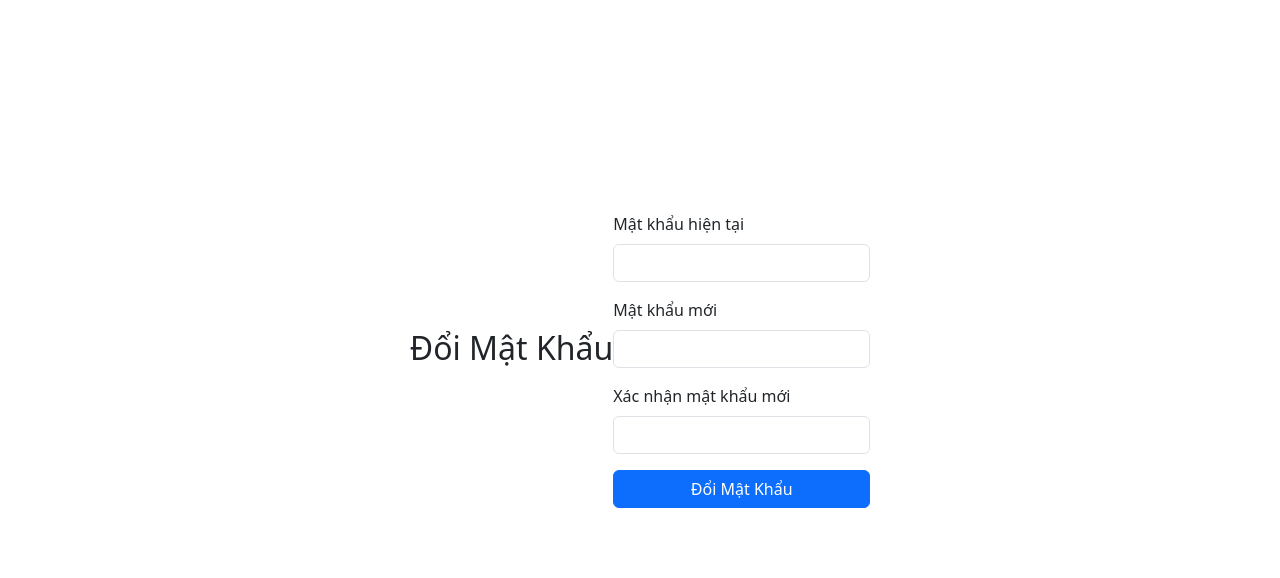
Repository: manhtdxxx/Tour-Booking-Webapp
Page: http://localhost/bookingTour/changepassword.jsp
An editor plug-in stored every save of this project. The page is shown before and after a run of saves, followed by the edit.
The browser window is 1280 px wide. The pictures show the whole page.
The page is served by Tomcat 9. Other server files are loaded and not shown.

Above is the page before, as saved 2024-11-10 16:00:09.

### bookingTour/src/main/webapp/changepassword.jsp
<%@ page language="java" contentType="text/html; charset=UTF-8" pageEncoding="UTF-8"%>
<!DOCTYPE html>
<html>
<head>
<title>Đổi mật khẩu</title>
<meta charset="utf-8">
<meta name="viewport" content="width=device-width, initial-scale=1">
<link href="https://cdn.jsdelivr.net/npm/bootstrap@5.3.3/dist/css/bootstrap.min.css"
	rel="stylesheet">
<script src="https://cdn.jsdelivr.net/npm/bootstrap@5.3.3/dist/js/bootstrap.bundle.min.js"></script>
</head>

<body class="d-flex align-items-center justify-content-center vh-100">

	<h2 class="text-center mb-4">Đổi Mật Khẩu</h2>

	<form action="change-password" method="post">
		<div class="mb-3">
			<label for="currentPassword" class="form-label">Mật khẩu hiện tại</label> <input type="password"
				class="form-control" id="currentPassword" name="currentPassword" required>
		</div>
		<div class="mb-3">
			<label for="newPassword" class="form-label">Mật khẩu mới</label> <input type="password"
				class="form-control" id="newPassword" name="newPassword" required>
		</div>
		<div class="mb-3">
			<label for="confirmPassword" class="form-label">Xác nhận mật khẩu mới</label> <input
				type="password" class="form-control" id="confirmPassword" name="confirmPassword" required>
		</div>
		<button type="submit" class="btn btn-primary w-100">Đổi Mật Khẩu</button>
	</form>
</body>
</html>

After the next 4 saves:
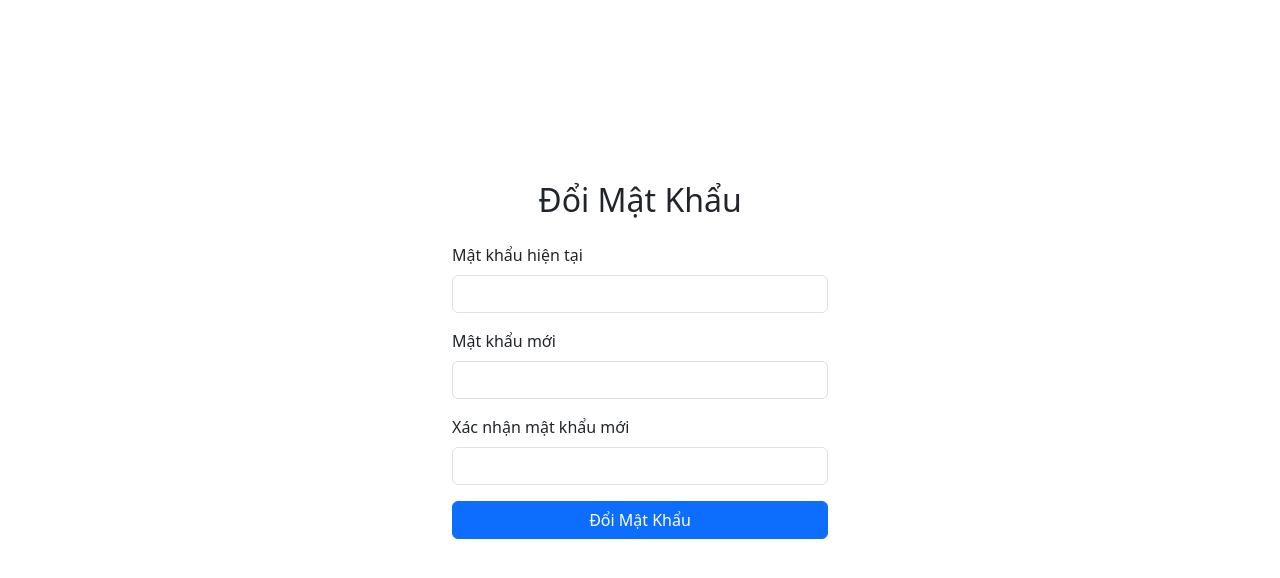
The 4 saves are shown as one change because 1 did not build or start and some came seconds apart.
The last was saved 77 s later.
--- a/bookingTour/src/main/webapp/changepassword.jsp
+++ b/bookingTour/src/main/webapp/changepassword.jsp
@@ -12,22 +12,27 @@
 
 <body class="d-flex align-items-center justify-content-center vh-100">
 
-	<h2 class="text-center mb-4">Đổi Mật Khẩu</h2>
+	<div class="container" style="max-width: 400px;">
+		<h2 class="text-center mb-4">Đổi Mật Khẩu</h2>
 
-	<form action="change-password" method="post">
-		<div class="mb-3">
-			<label for="currentPassword" class="form-label">Mật khẩu hiện tại</label> <input type="password"
-				class="form-control" id="currentPassword" name="currentPassword" required>
-		</div>
-		<div class="mb-3">
-			<label for="newPassword" class="form-label">Mật khẩu mới</label> <input type="password"
-				class="form-control" id="newPassword" name="newPassword" required>
-		</div>
-		<div class="mb-3">
-			<label for="confirmPassword" class="form-label">Xác nhận mật khẩu mới</label> <input
-				type="password" class="form-control" id="confirmPassword" name="confirmPassword" required>
-		</div>
-		<button type="submit" class="btn btn-primary w-100">Đổi Mật Khẩu</button>
-	</form>
+		<form action="change-password" method="post">
+			<div class="mb-3">
+				<label for="currentPassword" class="form-label">Mật khẩu hiện tại</label> <input type="password"
+					class="form-control" id="currentPassword" name="currentPassword" required>
+			</div>
+			<div class="mb-3">
+				<label for="newPassword" class="form-label">Mật khẩu mới</label> <input type="password"
+					class="form-control" id="newPassword" name="newPassword" required>
+			</div>
+			<div class="mb-3">
+				<label for="confirmPassword" class="form-label">Xác nhận mật khẩu mới</label> <input
+					type="password" class="form-control" id="confirmPassword" name="confirmPassword" required>
+			</div>
+			<button type="submit" class="btn btn-primary w-100">Đổi Mật Khẩu</button>
+		</form>
+	</div>
+
 </body>
 </html>
+
+</html>
